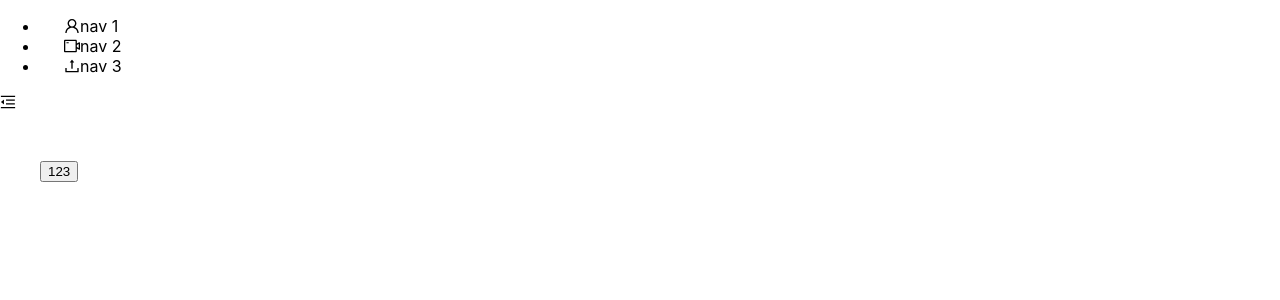
Repository: KouSum/km-vite-react
Page: /repos
An editor plug-in stored every save of this project. The page is shown before and after the next save, followed by the edit.
The browser window is 1280 px wide. The pictures show the whole page.
The project was rebuilt for these pictures with package versions that can differ from the ones it lists, and the page was loaded fresh each time. Also part of the build but not shown: vite.config.ts.

Above is the page before, as saved 2021-03-06 21:25:06.

### src/main.tsx
import React from 'react'
import ReactDOM from 'react-dom'
import './index.css'
import App from './App'
ReactDOM.render(
  <React.StrictMode>
    <App/>
  </React.StrictMode>,
  document.getElementById('root')
)

### src/App.tsx
import React, { useState, PropsWithChildren, FC } from 'react'
import {
  Router,
  Route
} from "react-router";
import { Layout, Menu } from 'antd';
import {
  MenuUnfoldOutlined,
  MenuFoldOutlined,
  UserOutlined,
  VideoCameraOutlined,
  UploadOutlined,
} from '@ant-design/icons';
import Repos from './components/Repos'
import './App.css'
import { createBrowserHistory } from "history";

const { Header, Sider, Content } = Layout;
const customHistory = createBrowserHistory();




const App: FC = (props) => {
  const [state, setState] = useState({
    collapsed: false,
  });

  const toggle = () => {
    setState({
      collapsed: !state.collapsed,
    });
  };


  return (
    <div>
      <Layout>
        <Sider trigger={null} collapsible collapsed={state.collapsed}>
          <div className="logo" />
          <Menu theme="dark" mode="inline" defaultSelectedKeys={['1']}>
            <Menu.Item key="1" icon={<UserOutlined />}>
              nav 1
            </Menu.Item>
            <Menu.Item key="2" icon={<VideoCameraOutlined />}>
              nav 2
            </Menu.Item>
            <Menu.Item key="3" icon={<UploadOutlined />}>
              nav 3
            </Menu.Item>
          </Menu>
        </Sider>
        <Layout className="site-layout">
          <Header className="site-layout-background" style={{ padding: 0 }}>
            {React.createElement(state.collapsed ? MenuUnfoldOutlined : MenuFoldOutlined, {
              className: 'trigger',
              onClick: toggle,
            })}
          </Header>
          <Content
            className="site-layout-background"
            style={{
              margin: '24px 16px',
              padding: 24,
              minHeight: 280,
            }}
          >
          <Router history={customHistory}>
            <Route path="/" component={App}>
              <Route path="/repos" component={Repos} />
            </Route>
          </Router>
          </Content>
        </Layout>
      </Layout>

    </div>
  );

}

export default App

### src/components/Repos.tsx
import React, { useState,PropsWithChildren, FC } from 'react'
import {
  BrowserRouter as Router,
  Switch,
  Route,
  Link
} from "react-router-dom";
import {
  Button
} from "antd";




const App: FC = (props)=>{
  return (
    <div>
      <Button>123</Button>
    </div>
  );

}

export default App

### src/App.css
#components-layout-demo-custom-trigger .trigger {
  padding: 0 24px;
  font-size: 18px;
  line-height: 64px;
  cursor: pointer;
  transition: color 0.3s;
}

#components-layout-demo-custom-trigger .trigger:hover {
  color: #1890ff;
}

#components-layout-demo-custom-trigger .logo {
  height: 32px;
  margin: 16px;
  background: rgba(255, 255, 255, 0.3);
}

.site-layout .site-layout-background {
  background: #fff;
}

Loaded but not shown: index.html (common file); src/index.css (common file)

After the next save:
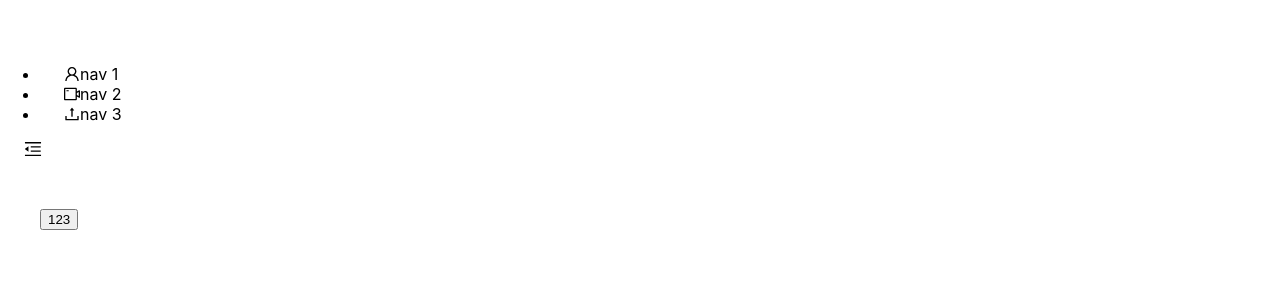
Saved 73 s later.
--- a/src/App.tsx
+++ b/src/App.tsx
@@ -34,7 +34,7 @@ const App: FC = (props) => {
 
 
   return (
-    <div>
+    <div id="components-layout-demo-custom-trigger">
       <Layout>
         <Sider trigger={null} collapsible collapsed={state.collapsed}>
           <div className="logo" />
